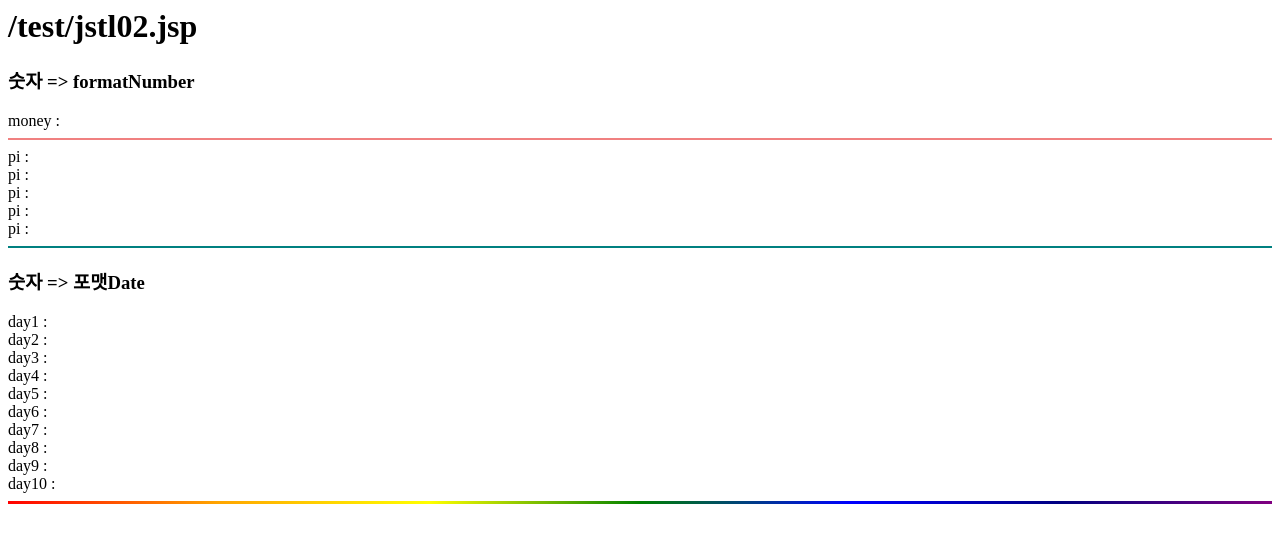
Repository: khsik/Woori-Computer-Academy
Page: http://localhost/mvc/WEB-INF/views/test/jstl02.jsp
These files come from the project's save history. The page is drawn as it stood at one moment and after the next save; the edit follows.
The browser window is 1280 px wide. The pictures show the whole page.
The page is served by Tomcat 9. Nobody is signed in. The template is opened directly, without the code that normally fills it, so the values that code supplies are empty.

Above is the page before, as saved 2024-05-13 07:27:52.

After the next save:
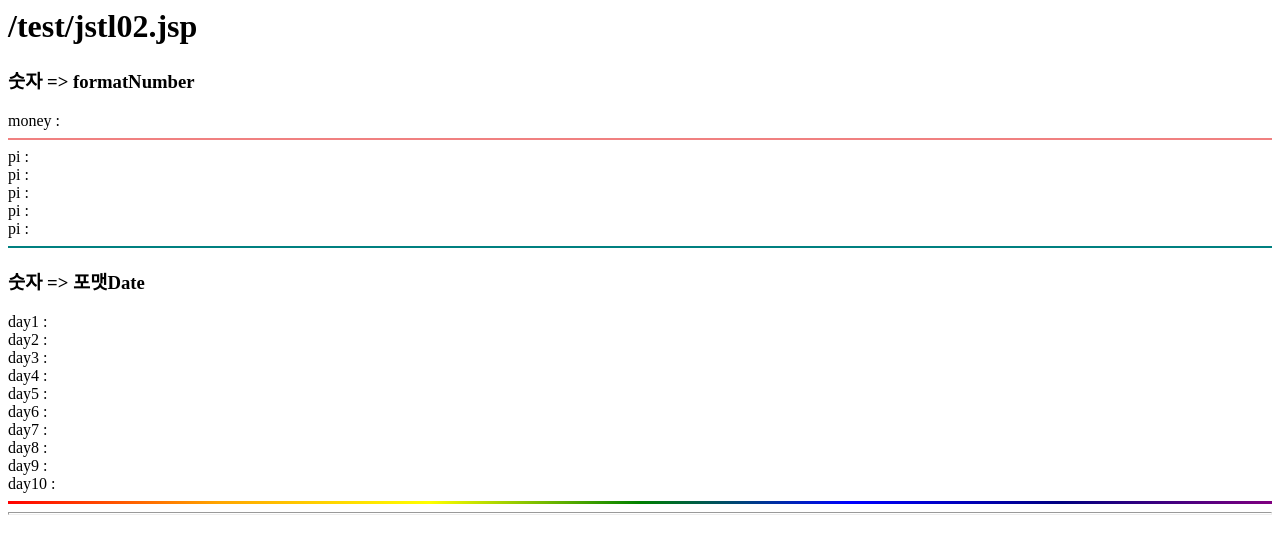
Saved 51 s later.
--- a/mvc/src/main/webapp/WEB-INF/views/test/jstl02.jsp
+++ b/mvc/src/main/webapp/WEB-INF/views/test/jstl02.jsp
@@ -32,3 +32,4 @@ day9 : <fmt:formatDate value="${day }" type="date" dateStyle="short" /> <br>
 day10 : <fmt:formatDate value="${day }" type="date" dateStyle="default" /> <br>
 
 <hr size="5px" style="border:0; background: linear-gradient(0.25turn, red, orange, yellow, green, blue, navy, purple);">
+<hr size="3px" style="border-color: linear-gradient(0.25turn, red, orange, yellow, green, blue, navy, purple);">
